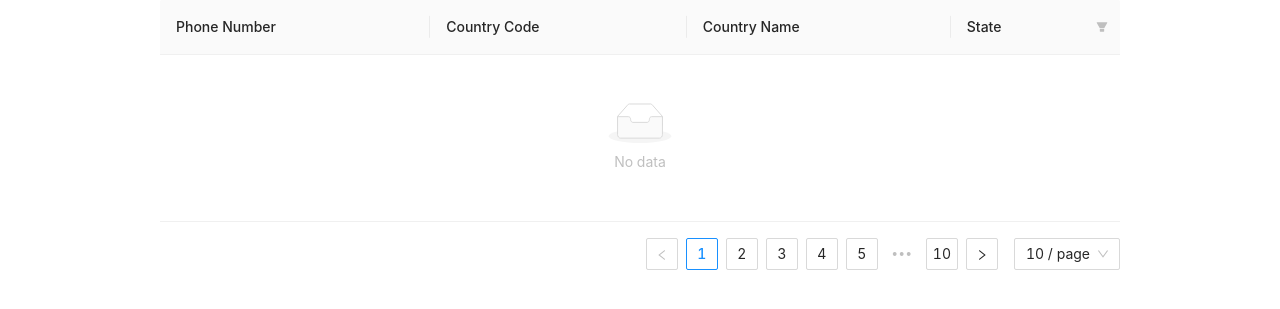
Repository: MohamedMedhat96/jumia-phone-directory-task
Page: / (app in jumia-task-frontend/)
The author's editor kept a copy of each file at every save. The page is drawn from the files as they stood at one save, then again after the next save.
The browser window is 1280 px wide. The pictures show the whole page.
The page's requests for data from a server got no answer. The project was rebuilt for these pictures with package versions that can differ from the ones it lists, and the page was loaded fresh each time. No one was signed in, and anything a server would have sent is missing.

Above is the page before, as saved 2021-10-16 04:50:29.

After the next save:
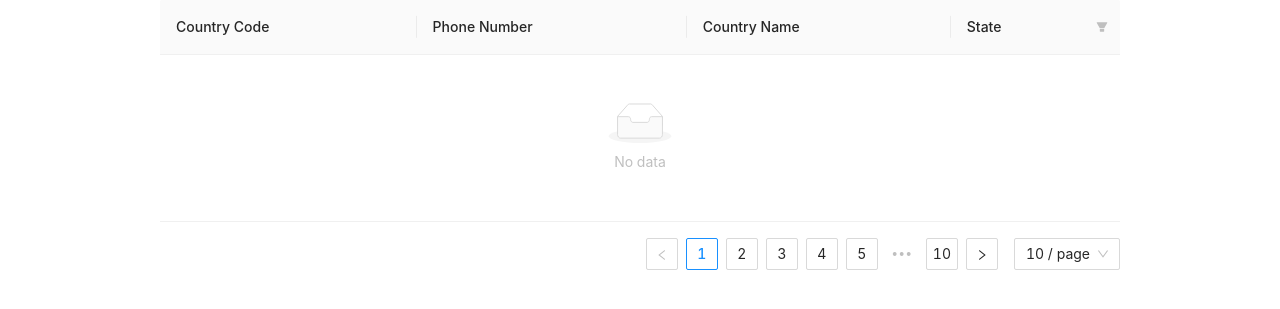
Saved 67 s later.
--- a/jumia-task-frontend/src/App.js
+++ b/jumia-task-frontend/src/App.js
@@ -28,12 +28,13 @@
       </Search> </div>
   }
   const columns = [
-    { title: "Phone Number", dataIndex: "phoneNumber", key: "phoneNumber" },
     {
       title: "Country Code", dataIndex: "country.countryCode", key: "countryCode", render: (text, record) => {
         return <div>{record.country?.code}</div>;
       }
     },
+    { title: "Phone Number", dataIndex: "phoneNumber", key: "phoneNumber" },
+
     { title: "Country Name", dataIndex: "country.countryName", key: "countryName" },
     {
       title: "State", dataIndex: "state", key: "state", filters: [{ text: "True", value: "true" }, {

After the save that followed:
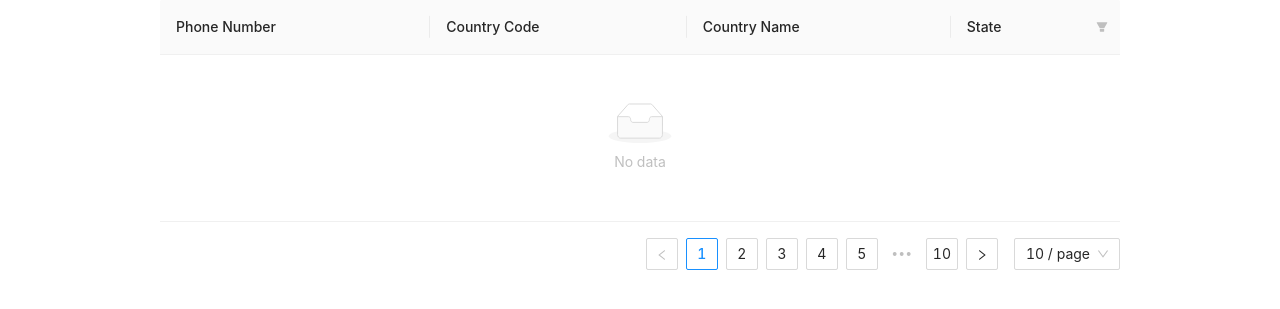
Saved 7 s later.
--- a/jumia-task-frontend/src/App.js
+++ b/jumia-task-frontend/src/App.js
@@ -28,13 +28,12 @@
       </Search> </div>
   }
   const columns = [
+    { title: "Phone Number", dataIndex: "phoneNumber", key: "phoneNumber" },
     {
       title: "Country Code", dataIndex: "country.countryCode", key: "countryCode", render: (text, record) => {
         return <div>{record.country?.code}</div>;
       }
     },
-    { title: "Phone Number", dataIndex: "phoneNumber", key: "phoneNumber" },
-
     { title: "Country Name", dataIndex: "country.countryName", key: "countryName" },
     {
       title: "State", dataIndex: "state", key: "state", filters: [{ text: "True", value: "true" }, {
